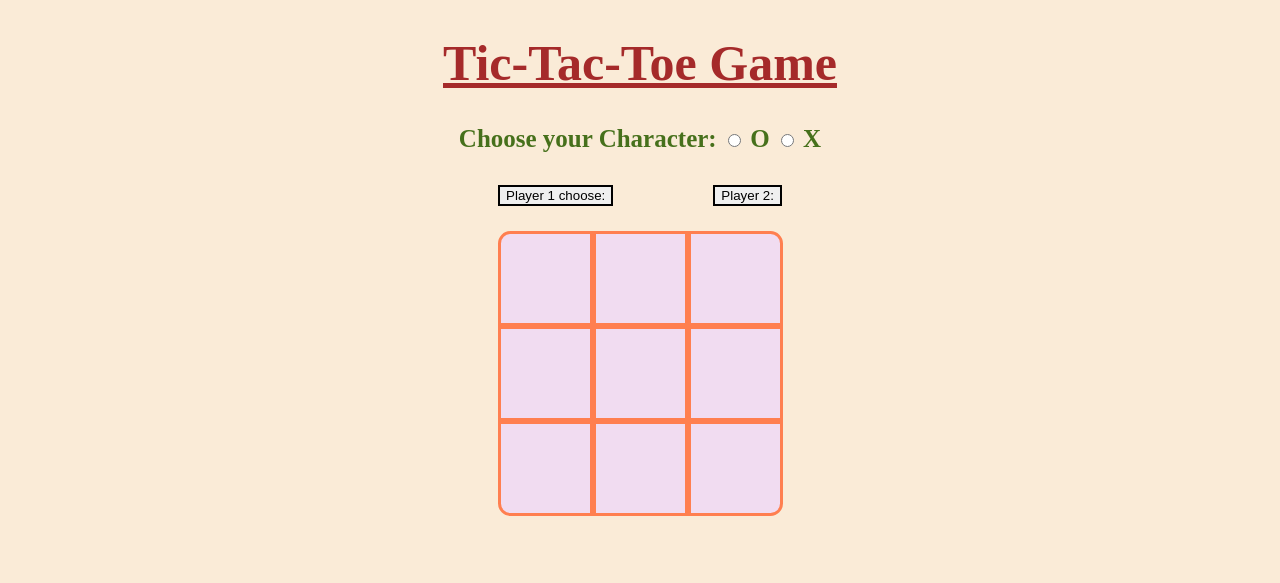
Repository: 0101chaitanya/Tic-Tac-Toe
Page: index.html
These files come from the project's save history. The page is drawn as it stood at one moment and after the next save; the edit follows.
The browser window is 1280 px wide. The pictures show the whole page.

Above is the page before, as saved 2021-06-12 14:27:45.

### index.html
<!DOCTYPE html>
<html>

<head>
    <meta charset="utf-8">
    <title>Tic-Tac-Toe Game</title>
    <meta name="viewport" content="width=device-width, initial-scale=1">

    <link rel="stylesheet" href="styles.css">
</head>

<body>
    <div id='block1'>
        <h1 id="heading">Tic-Tac-Toe Game</h1>
        <form id='form'>
            Choose your Character:
            <input value="O" name="radio" onclick="eventFun.setUser(this)" type="radio">
            <label for="O">O</label>
            <input value="X" name="radio" onclick="eventFun.setUser(this)" type="radio">
            <label for="X">X</label>

        </form>
        <div id="player">
            <button id='p1' onclick='eventFun.player(`p1`)' type='text'>Player 1 choose:
                <button id='p2' onclick='eventFun.player(`p2`)' type='text'>Player 2:
        </div>

        <form id="gameSquare">
            <section id="row1">
                <div id="r1Column1"></div>
                <div id="rlColumn2"></div>
                <div id="rlColumn3"></div>
            </section>
            <section id="row2">
                <div id="r2Column1"></div>
                <div id="r2Column2"></div>
                <div id="r2Column3"></div>
            </section>
            <section id="row3">
                <div id="r3Column1"></div>
                <div id="r3Column2"></div>
                <div id="r3Column3"></div>
            </section>
        </form>
    </div>
    <div id="ResultBox">
        <span id="closebtn">&times;</span>
        <strong id="resultOut"></strong>
    </div>

</body>
<script type="text/javascript" src="script.js"></script>

</html>

### styles.css
:root {
    text-align: center;
    font-weight: bold;
}

* {
    box-sizing: border-box;
}

@media screen and (max-width: 400px) {
     :root {
        font-size: 14px;
    }
}

@media screen and (min-width: 401px) and (max-width: 700px) {
     :root {
        font-size: 18px;
    }
}

@media screen and (min-width: 701px) {
     :root {
        font-size: 25px;
    }
}

body {
    color: rgb(70, 112, 27);
    background: antiquewhite;
    font-weight: bold;
}

h1 {
    color: brown;
    text-decoration: underline;
    text-decoration-style: solid;
}

label>input {
    color: red;
    border: 1px solid;
}

#player {
    margin: 1rem auto 1rem auto;
    display: block;
}

#player>button {
    margin: auto 2rem auto 2rem;
    width: fit-content;
    height: fit-content;
    border: 0.1rem solid;
}

#gameSquare {
    width: min-content;
    height: min-content;
    display: block;
    margin: auto;
}

#gameSquare>section:nth-child(n) {
    /* border-style: solid;
     */
    width: min-content;
    height: min-content;
    display: flex;
    justify-content: center;
    align-items: center;
}

#gameSquare>section:nth-child(n)>div:nth-child(n) {
    display: flex;
    margin: auto;
    width: 3.8rem;
    height: 3.8rem;
    border-style: solid;
    border-width: 0.15rem;
    justify-content: center;
    align-items: center;
    font-size: 1.8rem;
    color: coral;
    background-color: rgb(241, 220, 241);
}

#gameSquare>section:nth-child(1)>div:nth-child(1) {
    border-top-left-radius: 0.5rem;
}

#gameSquare>section:nth-child(1)>div:nth-child(3) {
    border-top-right-radius: 0.5rem;
}

#gameSquare>section:nth-child(3)>div:nth-child(1) {
    border-bottom-left-radius: 0.5rem;
}

#gameSquare>section:nth-child(3)>div:nth-child(3) {
    border-bottom-right-radius: 0.5rem;
}

#ResultBox {
    height: fit-content;
    width: 13rem;
    display: none;
    margin-left: auto;
    margin-right: auto;
    margin-top: 3rem;
    position: relative;
    top: -12rem;
    border-color: rgb(162, 162, 192);
    background-color: rgb(15, 44, 138);
    color: white;
    opacity: 1;
    transition: opacity 0.6s;
    margin-bottom: 15px;
    border-radius: 1rem;
    padding: 1rem;
    text-align: center;
}

#resultOut {
    color: #f0e0e4;
    font-weight: bold;
}

#closebtn {
    margin-left: 15px;
    color: white;
    font-weight: bold;
    float: right;
    font-size: 22px;
    line-height: 20px;
    cursor: pointer;
    transition: 0.3s;
}

#closebtn:hover {
    color: rgb(38, 170, 82);
}

#player>div:nth-child(1)>input {
    color: aqua;
}

### script.js
"use strict";

let eventFun = (function() {
    let user1Selection, user2Selection, runningCharacter;

    let runningNumber,
        result;
    let newArray;
    let count;

    let horizontalArray;
    let verticalArray;
    let diagonalArray;
    let array;


    function setUser(given) {
        localStorage.setItem("user1", given.value);

        document.querySelector(`#form`).submit();
    }

    function player(input) {
        //let player$ = document.getElementById(input.value);
        let x = prompt('Enter player name');
        localStorage.setItem(`${input}`, x);
        location.reload();
    }

    function init() {
        runningNumber = 0;
        user1Selection = localStorage.getItem("user1");
        user2Selection =
            user1Selection != null ? (user1Selection === "X" ? "O" : "X") : null;
        runningCharacter = user1Selection;

        (localStorage.getItem("p1") !== null) ? document.getElementById('p1').textContent = localStorage.getItem("p1") + " choose: " + user1Selection: document.getElementById('p1').textContent += ` ` + user1Selection || ' ';
        (localStorage.getItem("p2") !== null) ? document.getElementById('p2').textContent = localStorage.getItem("p2") + " : " + user2Selection: document.getElementById('p2').textContent += ` ` + user2Selection || ' ';

        array = Array.from(
            document.getElementById("gameSquare").querySelectorAll("div")
        );
        newArray = Array(array.length).fill();
        count = 0;

        horizontalArray = undefined;
        verticalArray = undefined;
        diagonalArray = undefined;
        eventListen();
    }

    if (localStorage.getItem("user1") !== null) {
        init();
    }


    function switchRunChar() {
        runningCharacter = runningCharacter === "O" ? "X" : "O";
        runningNumber = runningNumber === 0 ? 1 : 0;
    }

    function arrayCreator(index, incrementer) {
        return [
            newArray[index],
            newArray[index + incrementer],
            newArray[index + 2 * incrementer],
        ];
    }

    function parser(arrayInput) {
        let arr = arrayInput.map((item, index) => {
            let res = item.reduce((stack, item) => {
                stack += item;
                return stack;
            });
            return res;
        });
        return arr;
    }

    function send(input) {
        let block1 = document.getElementById('block1');
        block1.style.filter = 'blur(0.5rem)';
        document.getElementById('ResultBox').style.display = 'block';
        document.getElementById('resultOut').textContent = input;
        let close = document.getElementById('closebtn');
        close.onclick = function() {
            localStorage.clear();
            //  init();
            document.getElementById('gameSquare').submit();
            let div = this.parentElement;
            div.style.opacity = '0';
            setTimeout(function() {
                document.getElementById('ResultBox').style.display = 'none';
                block1.style.filter = 'blur(0.0rem)';

            }, 60);
        };

    }

    function check(input) {
        input.forEach((item) => {
            if (item === 3) {
                result = item;
                send("Player 2 won");
            } else if (item === 0) {
                result = item;
                send("Player 1 won");
            }
        });
    }

    function checkWin() {
        horizontalArray = [
            arrayCreator(0, 1),
            arrayCreator(3, 1),
            arrayCreator(6, 1),
        ];
        verticalArray = [
            arrayCreator(0, 3),
            arrayCreator(1, 3),
            arrayCreator(2, 3),
        ];
        diagonalArray = [arrayCreator(0, 4), arrayCreator(2, 2)];

        let horizontalParsed = parser(horizontalArray);
        let verticalParsed = parser(verticalArray);

        let diagonalParsed = parser(diagonalArray);
        check(horizontalParsed);
        check(verticalParsed);
        check(diagonalParsed);

        if (count == 8) {
            console.table(horizontalArray, verticalArray, diagonalArray);
            console.table({
                horizontalParsed: horizontalParsed,
                verticalParsed: verticalParsed,
                diagonalParsed: diagonalParsed,
            });
            console.table(newArray);
            if (result == undefined) {
                send("draw");
            }
        }
    }

    let setOutput = function(e, index) {
        e.target.textContent = runningCharacter;
        e.target.removeEventListener("click", (e) => setOutput(e));
        newArray.splice(index, 1, runningNumber);
        switchRunChar();
        checkWin();

        count++;
    };

    function eventListen() {
        array.forEach((item, index) => {
            item.textContent = "";
            item.addEventListener("click", (e) => setOutput(e, index), { once: true });
        });
    }
    return { setUser, player };
})();

After the next save:
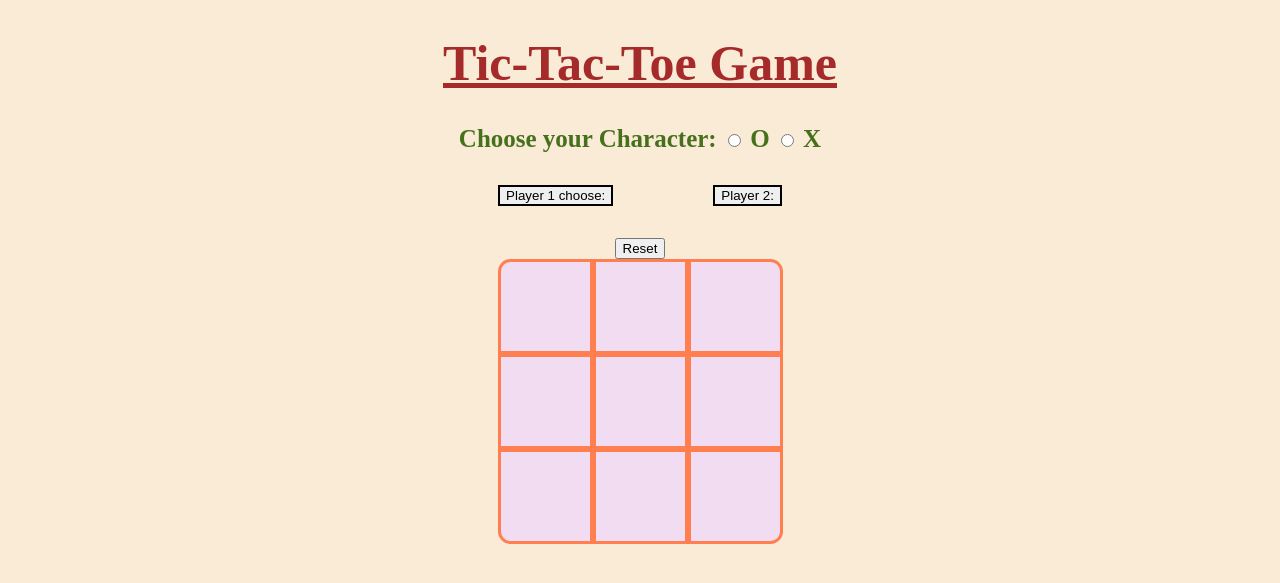
Saved 52 s later.
--- a/index.html
+++ b/index.html
@@ -24,29 +24,29 @@
             <button id='p1' onclick='eventFun.player(`p1`)' type='text'>Player 1 choose:
                 <button id='p2' onclick='eventFun.player(`p2`)' type='text'>Player 2:
         </div>
-
-        <form id="gameSquare">
-            <section id="row1">
-                <div id="r1Column1"></div>
-                <div id="rlColumn2"></div>
-                <div id="rlColumn3"></div>
-            </section>
-            <section id="row2">
-                <div id="r2Column1"></div>
-                <div id="r2Column2"></div>
-                <div id="r2Column3"></div>
-            </section>
-            <section id="row3">
-                <div id="r3Column1"></div>
-                <div id="r3Column2"></div>
-                <div id="r3Column3"></div>
-            </section>
-        </form>
-    </div>
-    <div id="ResultBox">
-        <span id="closebtn">&times;</span>
-        <strong id="resultOut"></strong>
-    </div>
+        <button id='reset'>Reset</button>
+            <form id="gameSquare">
+                <section id="row1">
+                    <div id="r1Column1"></div>
+                    <div id="rlColumn2"></div>
+                    <div id="rlColumn3"></div>
+                </section>
+                <section id="row2">
+                    <div id="r2Column1"></div>
+                    <div id="r2Column2"></div>
+                    <div id="r2Column3"></div>
+                </section>
+                <section id="row3">
+                    <div id="r3Column1"></div>
+                    <div id="r3Column2"></div>
+                    <div id="r3Column3"></div>
+                </section>
+            </form>
+        </div>
+        <div id="ResultBox">
+            <span id="closebtn">&times;</span>
+            <strong id="resultOut"></strong>
+        </div>
 
 </body>
 <script type="text/javascript" src="script.js"></script>
